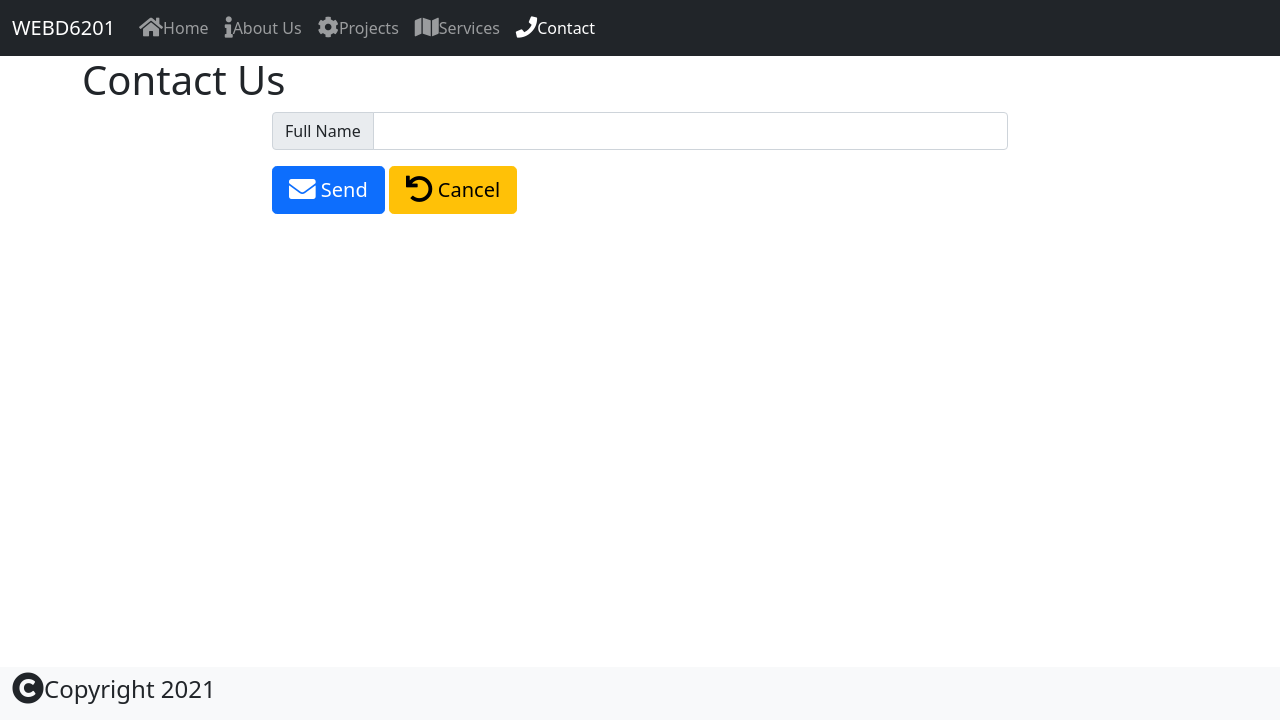
Repository: deividwsantoss/webd6201-W2021-ICE1
Page: contact.html
These files come from the project's save history. The page is drawn as it stood at one moment and after the next save; the edit follows.
The browser window is 1280 px wide. The pictures show the whole page.

Above is the page before, as saved 2021-02-02 13:06:10.

After the next save:
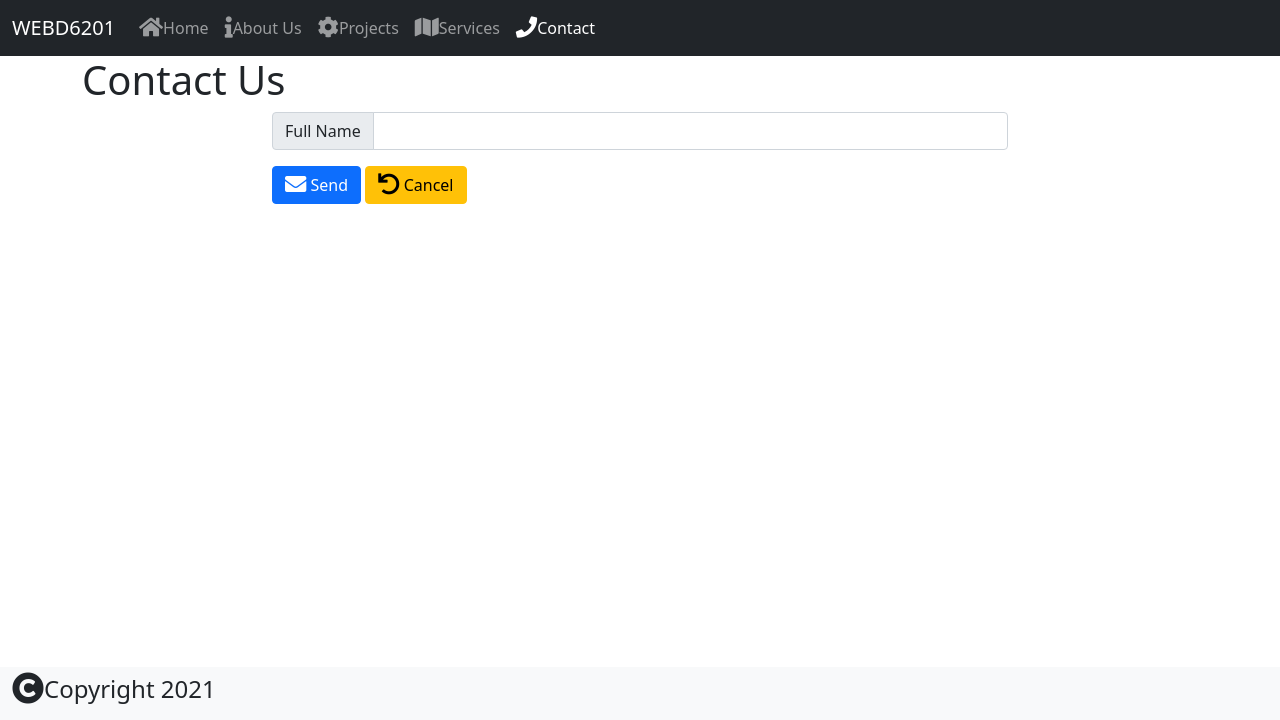
Saved 35 s later.
--- a/contact.html
+++ b/contact.html
@@ -58,8 +58,8 @@
             <input id="fullName" type="text" class="form-control" aria-label="Full Name" aria-describedby="Full Name Input" name="fullname" required>
           </div>
 
-          <button type="submit" class="btn btn-primary btn-lg"><i class="fas fa-envelope fa-lg"></i>  Send</button>
-          <button type="reset" class="btn btn-warning btn-lg"><i class="fas fa-undo fa-lg"></i>  Cancel</button>
+          <button type="submit" class="btn btn-primary"><i class="fas fa-envelope fa-lg"></i>  Send</button>
+          <button type="reset" class="btn btn-warning"><i class="fas fa-undo fa-lg"></i>  Cancel</button>
         </form>
       </div>
     </main>
